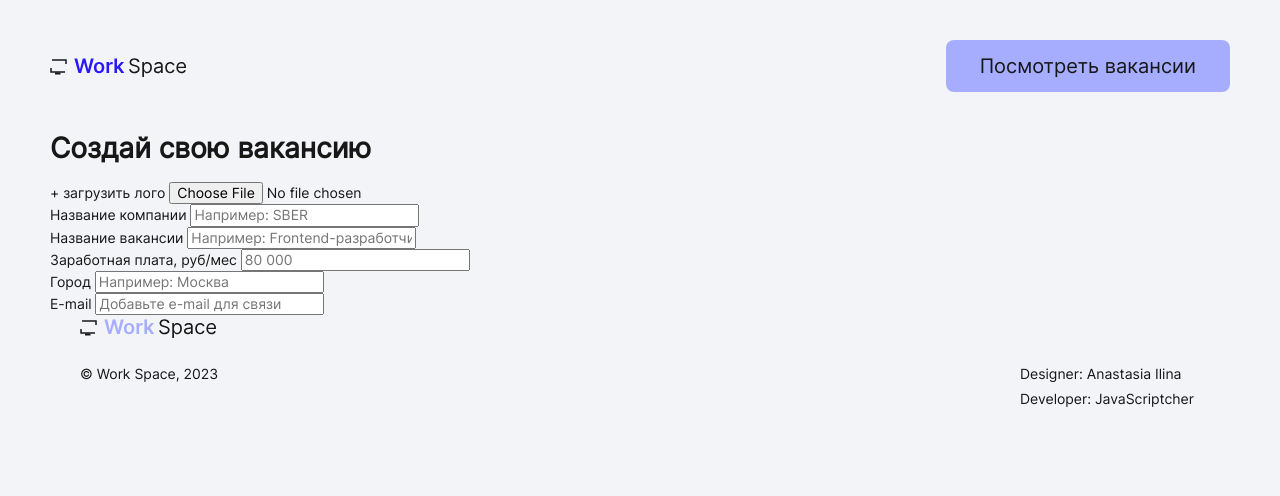
Repository: alexboagreek/workspace_js
Page: employer.html
The author's editor kept a copy of each file at every save. The page is drawn from the files as they stood at one save, then again after the next save.
The browser window is 1280 px wide. The pictures show the whole page.

Above is the page before, as saved 2023-09-12 12:05:36.
Console error: TypeError: Cannot read properties of null (reading 'addEventListener')

After the next save:
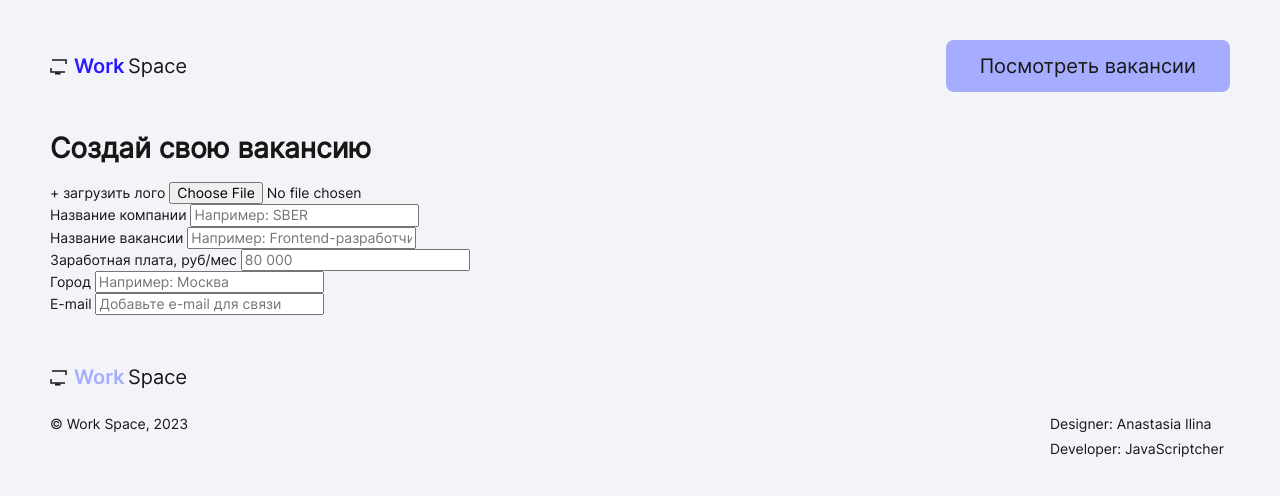
Saved 8 s later.
--- a/employer.html
+++ b/employer.html
@@ -113,7 +113,7 @@
               </fieldset>
             </div>
 
-            <fieldset class="employer__fildset-></fieldset>
+            <fieldset class="employer__fildset-texarea"></fieldset>
           </form>
         </div>
       </section>
